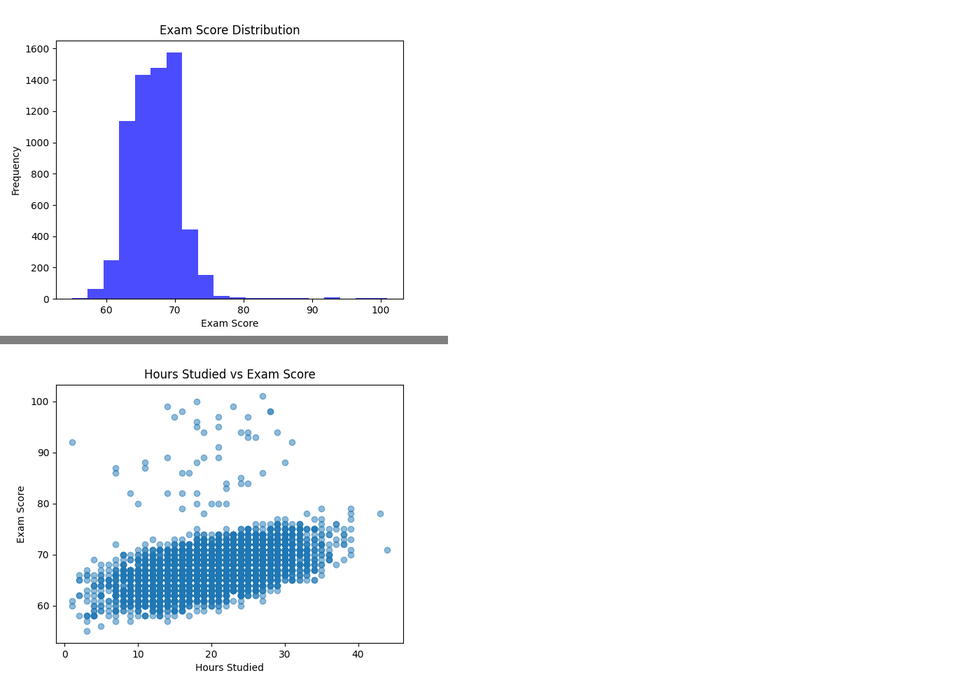
Repository: dldnwls07/BigDataStudy
Script's output: python analyze_data.py
These files come from the project's save history. The script's output is drawn as it stood at one moment and after the next save; the edit follows.
The pictures show rows 0 to 1760 of an output 972 px tall, at 70% of full size.
Each picture stacks the figures in order, with grey between them; figures that are only written to a file come last. Random numbers start from a fixed seed.

Above is the script's output before, as saved 2025-04-25 10:18:53.
Error (its wording comes from the project's code and is left out).

### analyze_data.py
import pandas as pd

# CSV 파일 로드
file_path = "c:\\Users\\feca1\\Desktop\\공부(빅분)\\StudentPerformanceFactors.csv"
data = pd.read_csv(file_path)

# 데이터의 기본 정보와 첫 몇 줄 출력
print("데이터 기본 정보:")
print(data.info())
print("\n데이터 첫 5줄:")
print(data.head())

# 데이터의 기본 정보 출력
print("데이터 정보:")
print(data.info())

# 통계 요약
print("\n통계 요약:")
print(data.describe())

# 결측값 확인
print("\n결측값 확인:")
print(data.isnull().sum())

# 상관관계 분석 수정: 숫자형 데이터만 선택
numeric_data = data.select_dtypes(include=['number'])
print("\n수정된 상관관계 분석 (숫자형 데이터만):")
print(numeric_data.corr())

# 특정 열의 분포 시각화 (예: Exam_Score)
import matplotlib.pyplot as plt
plt.hist(data['Exam_Score'], bins=20, color='blue', alpha=0.7)
plt.title('Exam Score Distribution')
plt.xlabel('Exam Score')
plt.ylabel('Frequency')
plt.show()

# 수능 점수와 공부 시간 간의 관계 분석
plt.scatter(data['Hours_Studied'], data['Exam_Score'], alpha=0.5)
plt.title('Hours Studied vs Exam Score')
plt.xlabel('Hours Studied')
plt.ylabel('Exam Score')
plt.show()

# 학생의 성적과 스트레스 간의 상관관계 분석
if 'Stress_Level' in data.columns:
    print("\n성적과 스트레스 상관관계:")
    print(data[['Exam_Score', 'Stress_Level']].corr())
else:
    print("\n'Stress_Level' 열이 데이터에 없습니다.")

# 시험 성적과 스트레스 간접 요인 상관 분석
stress_factors = ['Sleep_Hours', 'Hours_Studied', 'Motivation_Level', 'Learning_Disabilities']
if all(factor in data.columns for factor in stress_factors):
    print("\n시험 성적과 스트레스 간접 요인 상관 분석:")
    print(data[stress_factors + ['Exam_Score']].corr())
else:
    print("\n일부 스트레스 요인 열이 데이터에 없습니다.")

# 그룹별 비교
if 'Motivation_Level' in data.columns and 'Parental_Involvement' in data.columns:
    low_motivation = data[data['Motivation_Level'] < data['Motivation_Level'].median()]
    high_motivation = data[data['Motivation_Level'] >= data['Motivation_Level'].median()]

    print("\n낮은 동기 그룹 평균 성적:", low_motivation['Exam_Score'].mean())
    print("높은 동기 그룹 평균 성적:", high_motivation['Exam_Score'].mean())

    low_parental = data[data['Parental_Involvement'] < data['Parental_Involvement'].median()]
    high_parental = data[data['Parental_Involvement'] >= data['Parental_Involvement'].median()]

    print("\n낮은 부모 참여 그룹 평균 성적:", low_parental['Exam_Score'].mean())
    print("높은 부모 참여 그룹 평균 성적:", high_parental['Exam_Score'].mean())
else:
    print("\n'Motivation_Level' 또는 'Parental_Involvement' 열이 데이터에 없습니다.")

# 시각화
import seaborn as sns

# Motivation_Level별 Exam_Score 박스플롯
if 'Motivation_Level' in data.columns:
    plt.figure(figsize=(8, 6))
    sns.boxplot(x='Motivation_Level', y='Exam_Score', data=data)
    plt.title('Exam Score by Motivation Level')
    plt.xlabel('Motivation Level')
    plt.ylabel('Exam Score')
    plt.show()

# Sleep_Hours와 Exam_Score 산점도
if 'Sleep_Hours' in data.columns:
    plt.figure(figsize=(8, 6))
    plt.scatter(data['Sleep_Hours'], data['Exam_Score'], alpha=0.5)
    plt.title('Sleep Hours vs Exam Score')
    plt.xlabel('Sleep Hours')
    plt.ylabel('Exam Score')
    plt.show()

# 상관 행렬 히트맵
plt.figure(figsize=(10, 8))
corr_matrix = data.corr()
sns.heatmap(corr_matrix, annot=True, cmap='coolwarm', fmt='.2f')
plt.title('Correlation Matrix Heatmap')
plt.show()

# AI 기반 진로 유형 분류 모델 생성
from sklearn.model_selection import train_test_split
from sklearn.ensemble import RandomForestClassifier
from sklearn.metrics import classification_report

if 'Career_Type' in data.columns:
    # 데이터 전처리
    features = data[['Hours_Studied', 'Motivation_Level', 'Previous_Scores']]  # 주요 특징 선택
    labels = data['Career_Type']
    features = pd.get_dummies(features, drop_first=True)  # 범주형 데이터 인코딩

    # 데이터 분할
    X_train, X_test, y_train, y_test = train_test_split(features, labels, test_size=0.2, random_state=42)

    # 모델 학습
    model = RandomForestClassifier(random_state=42)
    model.fit(X_train, y_train)

    # 예측 및 평가
    y_pred = model.predict(X_test)
    print("\n진로 유형 분류 모델 평가:")
    print(classification_report(y_test, y_pred))
else:
    print("\n'Career_Type' 열이 데이터에 없습니다.")

Loaded but not shown: data/original_data/StudentPerformanceFactors.csv (common file)

After the next save:
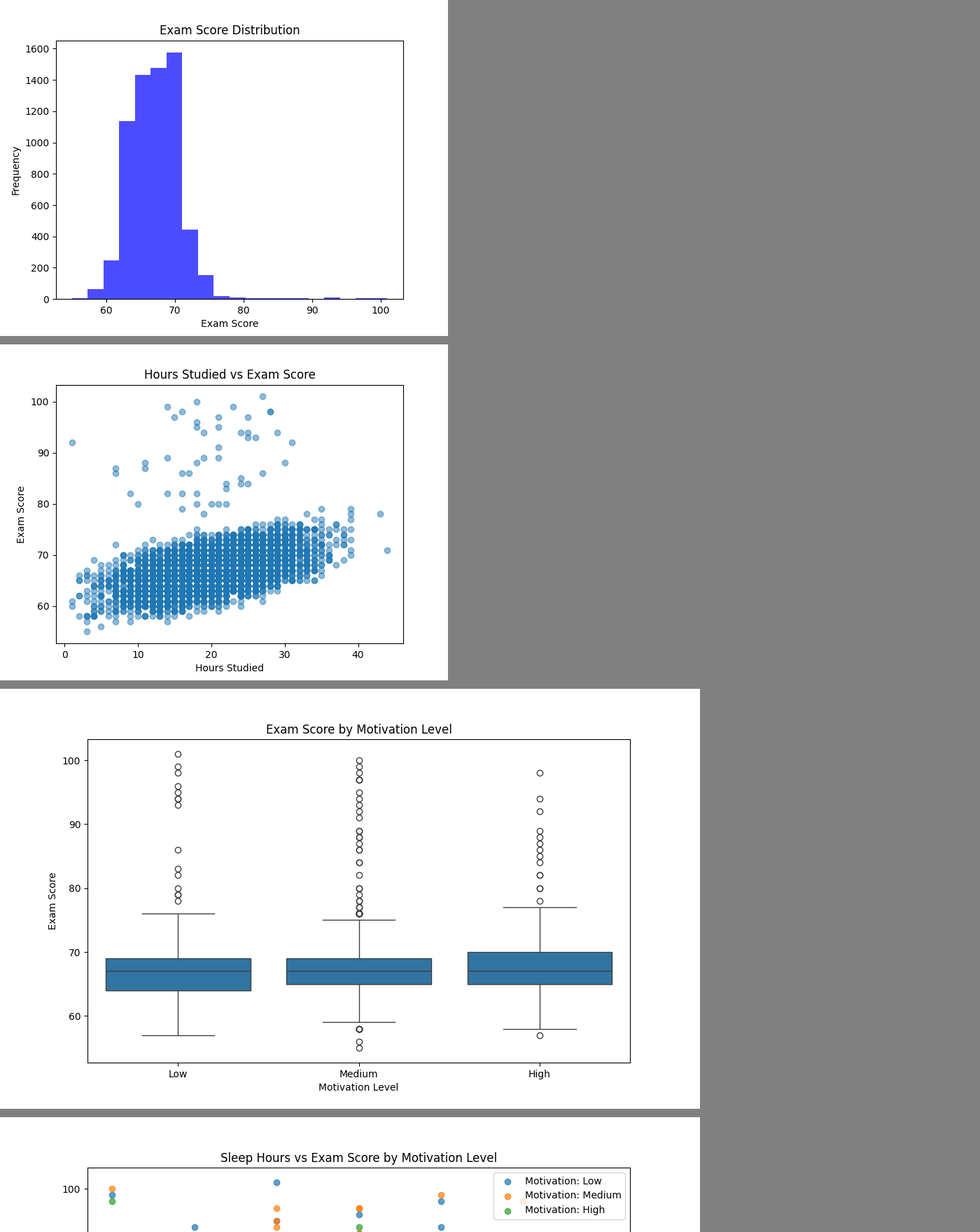
The error is gone.
Saved 3 min 49 s later.
--- a/analyze_data.py
+++ b/analyze_data.py
@@ -22,10 +22,40 @@ print(data.describe())
 print("\n결측값 확인:")
 print(data.isnull().sum())
 
-# 상관관계 분석 수정: 숫자형 데이터만 선택
-numeric_data = data.select_dtypes(include=['number'])
-print("\n수정된 상관관계 분석 (숫자형 데이터만):")
-print(numeric_data.corr())
+# 문자열 변수를 숫자로 매핑하는 딕셔너리 정의
+motivation_map = {'Low': 0, 'Medium': 1, 'High': 2}
+parental_inv_map = {'Low': 0, 'Medium': 1, 'High': 2}
+resources_map = {'Low': 0, 'Medium': 1, 'High': 2}
+learning_dis_map = {'Yes': 1, 'No': 0}
+internet_access_map = {'Yes': 1, 'No': 0}
+extracurricular_map = {'Yes': 1, 'No': 0}
+income_map = {'Low': 0, 'Medium': 1, 'High': 2}
+teacher_map = {'Low': 0, 'Medium': 1, 'High': 2}
+school_map = {'Public': 0, 'Private': 1}
+peer_map = {'Negative': -1, 'Neutral': 0, 'Positive': 1}
+edu_level_map = {'High School': 0, 'College': 1, 'Postgraduate': 2}
+distance_map = {'Near': 0, 'Moderate': 1, 'Far': 2}
+gender_map = {'Male': 0, 'Female': 1}
+
+# 데이터 전처리: 범주형 변수를 숫자로 변환
+data_encoded = data.copy()
+data_encoded['Motivation_Level'] = data['Motivation_Level'].map(motivation_map)
+data_encoded['Parental_Involvement'] = data['Parental_Involvement'].map(parental_inv_map)
+data_encoded['Access_to_Resources'] = data['Access_to_Resources'].map(resources_map)
+data_encoded['Learning_Disabilities'] = data['Learning_Disabilities'].map(learning_dis_map)
+data_encoded['Internet_Access'] = data['Internet_Access'].map(internet_access_map)
+data_encoded['Extracurricular_Activities'] = data['Extracurricular_Activities'].map(extracurricular_map)
+data_encoded['Family_Income'] = data['Family_Income'].map(income_map)
+data_encoded['Teacher_Quality'] = data['Teacher_Quality'].map(teacher_map)
+data_encoded['School_Type'] = data['School_Type'].map(school_map)
+data_encoded['Peer_Influence'] = data['Peer_Influence'].map(peer_map)
+data_encoded['Parental_Education_Level'] = data['Parental_Education_Level'].map(edu_level_map)
+data_encoded['Distance_from_Home'] = data['Distance_from_Home'].map(distance_map)
+data_encoded['Gender'] = data['Gender'].map(gender_map)
+
+# 상관관계 분석 수정: 인코딩된 데이터 사용
+print("\n수정된 상관관계 분석 (범주형 데이터 인코딩 후):")
+print(data_encoded.corr())
 
 # 특정 열의 분포 시각화 (예: Exam_Score)
 import matplotlib.pyplot as plt
@@ -49,56 +79,74 @@ if 'Stress_Level' in data.columns:
 else:
     print("\n'Stress_Level' 열이 데이터에 없습니다.")
 
-# 시험 성적과 스트레스 간접 요인 상관 분석
+# 시험 성적과 스트레스 간접 요인 상관 분석 (인코딩된 데이터 사용)
 stress_factors = ['Sleep_Hours', 'Hours_Studied', 'Motivation_Level', 'Learning_Disabilities']
-if all(factor in data.columns for factor in stress_factors):
-    print("\n시험 성적과 스트레스 간접 요인 상관 분석:")
-    print(data[stress_factors + ['Exam_Score']].corr())
-else:
-    print("\n일부 스트레스 요인 열이 데이터에 없습니다.")
+print("\n시험 성적과 스트레스 간접 요인 상관 분석:")
+print(data_encoded[stress_factors + ['Exam_Score']].corr())
 
-# 그룹별 비교
-if 'Motivation_Level' in data.columns and 'Parental_Involvement' in data.columns:
-    low_motivation = data[data['Motivation_Level'] < data['Motivation_Level'].median()]
-    high_motivation = data[data['Motivation_Level'] >= data['Motivation_Level'].median()]
+# 그룹별 비교 (인코딩 전 원본 데이터 사용)
+# Motivation_Level이 낮을수록 성적이 낮은지 확인
+low_motivation = data[data['Motivation_Level'] == 'Low']
+medium_motivation = data[data['Motivation_Level'] == 'Medium']
+high_motivation = data[data['Motivation_Level'] == 'High']
 
-    print("\n낮은 동기 그룹 평균 성적:", low_motivation['Exam_Score'].mean())
-    print("높은 동기 그룹 평균 성적:", high_motivation['Exam_Score'].mean())
+print("\n동기 수준별 평균 성적:")
+print("낮은 동기 그룹 평균 성적:", low_motivation['Exam_Score'].mean())
+print("중간 동기 그룹 평균 성적:", medium_motivation['Exam_Score'].mean())
+print("높은 동기 그룹 평균 성적:", high_motivation['Exam_Score'].mean())
 
-    low_parental = data[data['Parental_Involvement'] < data['Parental_Involvement'].median()]
-    high_parental = data[data['Parental_Involvement'] >= data['Parental_Involvement'].median()]
+# 부모 참여도에 따른 성적 비교
+low_parental = data[data['Parental_Involvement'] == 'Low']
+medium_parental = data[data['Parental_Involvement'] == 'Medium']
+high_parental = data[data['Parental_Involvement'] == 'High']
 
-    print("\n낮은 부모 참여 그룹 평균 성적:", low_parental['Exam_Score'].mean())
-    print("높은 부모 참여 그룹 평균 성적:", high_parental['Exam_Score'].mean())
-else:
-    print("\n'Motivation_Level' 또는 'Parental_Involvement' 열이 데이터에 없습니다.")
+print("\n부모 참여도별 평균 성적:")
+print("낮은 부모 참여 그룹 평균 성적:", low_parental['Exam_Score'].mean())
+print("중간 부모 참여 그룹 평균 성적:", medium_parental['Exam_Score'].mean())
+print("높은 부모 참여 그룹 평균 성적:", high_parental['Exam_Score'].mean())
 
-# 시각화
+# 시각화 코드 수정
 import seaborn as sns
 
 # Motivation_Level별 Exam_Score 박스플롯
-if 'Motivation_Level' in data.columns:
-    plt.figure(figsize=(8, 6))
-    sns.boxplot(x='Motivation_Level', y='Exam_Score', data=data)
-    plt.title('Exam Score by Motivation Level')
-    plt.xlabel('Motivation Level')
-    plt.ylabel('Exam Score')
-    plt.show()
+plt.figure(figsize=(10, 6))
+sns.boxplot(x='Motivation_Level', y='Exam_Score', data=data, order=['Low', 'Medium', 'High'])
+plt.title('Exam Score by Motivation Level')
+plt.xlabel('Motivation Level')
+plt.ylabel('Exam Score')
+plt.savefig('motivation_boxplot.png')
+plt.show()
 
-# Sleep_Hours와 Exam_Score 산점도
-if 'Sleep_Hours' in data.columns:
-    plt.figure(figsize=(8, 6))
-    plt.scatter(data['Sleep_Hours'], data['Exam_Score'], alpha=0.5)
-    plt.title('Sleep Hours vs Exam Score')
-    plt.xlabel('Sleep Hours')
-    plt.ylabel('Exam Score')
-    plt.show()
+# Sleep_Hours와 Exam_Score 산점도 (색상을 Motivation_Level로 구분)
+plt.figure(figsize=(10, 6))
+for level in ['Low', 'Medium', 'High']:
+    subset = data[data['Motivation_Level'] == level]
+    plt.scatter(subset['Sleep_Hours'], subset['Exam_Score'],
+                alpha=0.7, label=f'Motivation: {level}')
+plt.title('Sleep Hours vs Exam Score by Motivation Level')
+plt.xlabel('Sleep Hours')
+plt.ylabel('Exam Score')
+plt.legend()
+plt.savefig('sleep_vs_exam_scatter.png')
+plt.show()
 
-# 상관 행렬 히트맵
-plt.figure(figsize=(10, 8))
-corr_matrix = data.corr()
-sns.heatmap(corr_matrix, annot=True, cmap='coolwarm', fmt='.2f')
+# 상관 행렬 히트맵 (인코딩된 데이터 사용)
+plt.figure(figsize=(14, 12))
+corr_matrix = data_encoded.corr()
+sns.heatmap(corr_matrix, annot=True, cmap='coolwarm', fmt='.2f', linewidths=0.5)
 plt.title('Correlation Matrix Heatmap')
+plt.tight_layout()
+plt.savefig('correlation_heatmap.png')
+plt.show()
+
+# Hours_Studied와 Exam_Score 간의 산점도 (추가 시각화)
+plt.figure(figsize=(10, 6))
+sns.scatterplot(x='Hours_Studied', y='Exam_Score', hue='Motivation_Level',
+                data=data, palette='viridis', s=100, alpha=0.7)
+plt.title('Hours Studied vs Exam Score by Motivation Level')
+plt.xlabel('Hours Studied')
+plt.ylabel('Exam Score')
+plt.savefig('hours_vs_exam_scatter.png')
 plt.show()
 
 # AI 기반 진로 유형 분류 모델 생성
